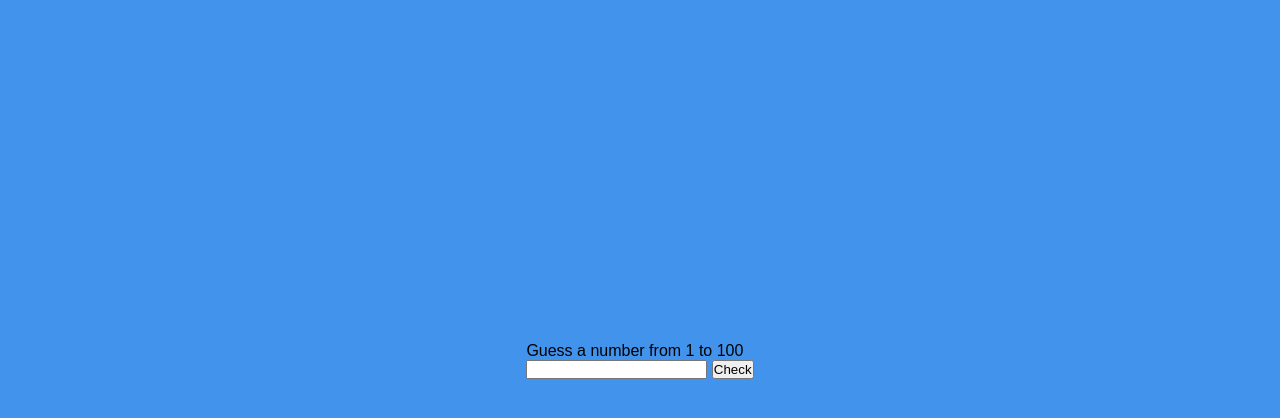
Repository: Ankitkr2021/Guess_Game
Page: index.html
These files come from the project's save history. The page is drawn as it stood at one moment and after the next save; the edit follows.
The browser window is 1280 px wide. The pictures show the whole page.

Above is the page before, as saved 2025-09-30 17:12:28.

### index.html
<!DOCTYPE html>
<html lang="en">
<head>
    <meta charset="UTF-8">
    <meta name="viewport" content="width=device-width, initial-scale=1.0">
    <title>Document</title>
    <link rel="stylesheet" href="./style.css">
</head>
<body>
    <div class="box">
        <p>Guess a number from 1 to 100</p>
        <input type="number">
        <button type="submit">Check</button>
    </div>
</body>
</html>

### style.css
@import url("https://fonts.googleapis.com/css2?family=Poppins:wght@300;400;500;600;700&display=swap">
);

*{
    margin: 0;
    padding: 0;
    box-sizing: border-box;
    font-family: 'Poppins',sans-serif;
}

body{
    display: flex;
    justify-content: center;
    align-items: center;
    height: 100vh;
    width: 100%;
    background: #4293eb;
}

After the next save:
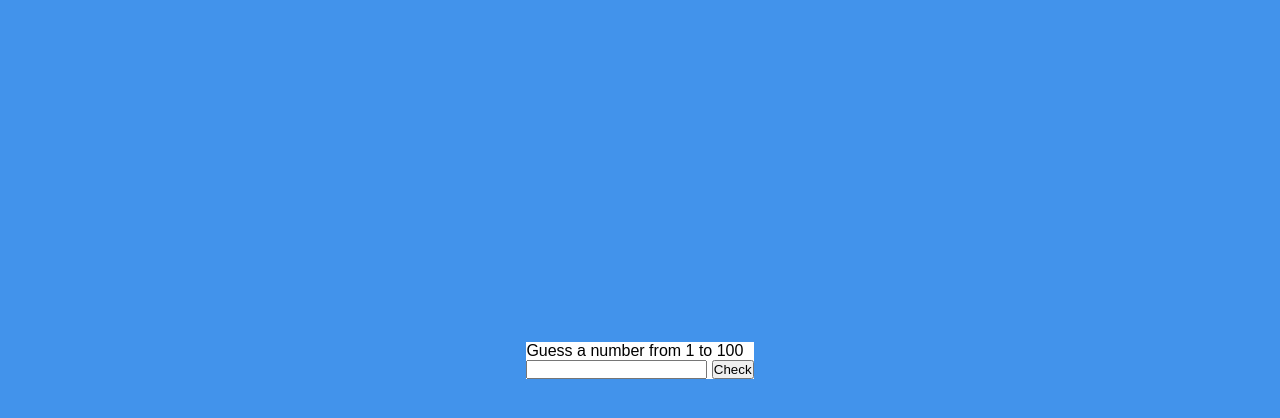
Saved 13 s later.
--- a/style.css
+++ b/style.css
@@ -16,3 +16,7 @@ body{
     width: 100%;
     background: #4293eb;
 }
+
+.box{
+    background: #fff;
+}
